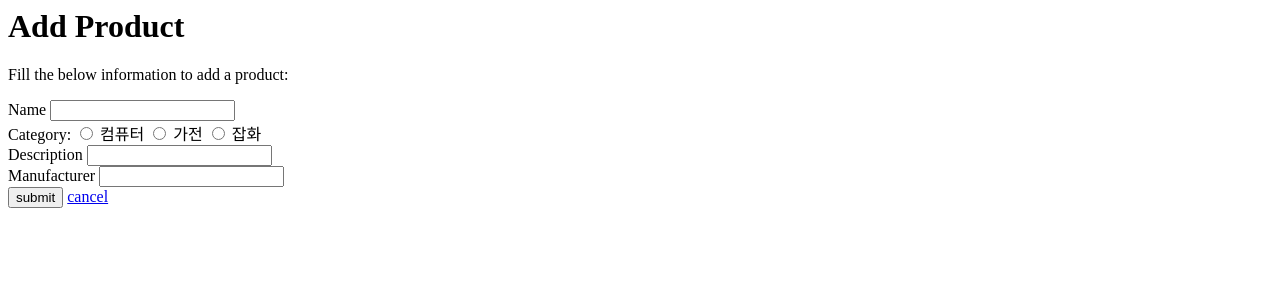
Repository: JHeart/Spring
Page: http://localhost/eStore/WEB-INF/views/addProduct.jsp
An editor plug-in stored every save of this project. The page is shown before and after the next save, followed by the edit.
The browser window is 1280 px wide. The pictures show the whole page.
The page is served by Tomcat 9. Nobody is signed in. The template is opened directly, without the code that normally fills it, so the values that code supplies are empty.

Above is the page before, as saved 2018-03-24 09:29:01.

After the next save:
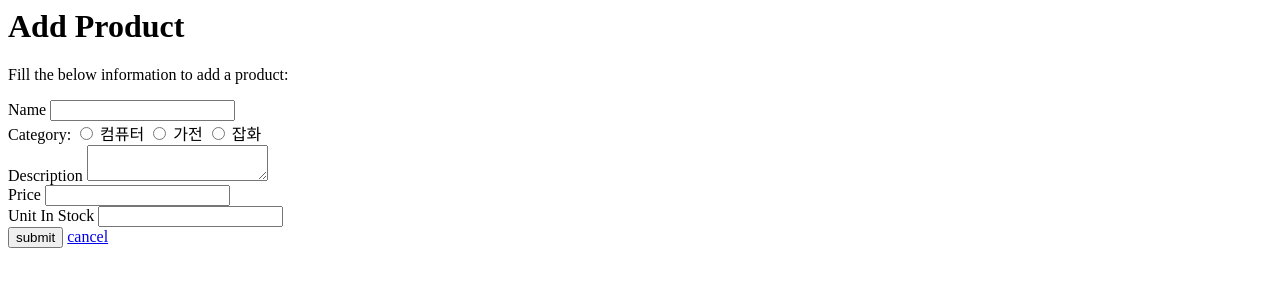
Saved 74 s later.
--- a/workspace/eStore/src/main/webapp/WEB-INF/views/addProduct.jsp
+++ b/workspace/eStore/src/main/webapp/WEB-INF/views/addProduct.jsp
@@ -29,12 +29,17 @@
 
 			<div class="form-group">
 				<label for="description">Description</label>
-				<sf:input path="manufacturer" id="manufacturer" class="form-control" />
+				<sf:textarea path="description" id="description" class="form-control" />
 			</div>
 
 			<div class="form-group">
-				<label for="manufacturer">Manufacturer</label>
-				<sf:input path="manufacturer" id="manufacturer" class="form-control" />
+				<label for="price">Price</label>
+				<sf:input path="price" id="price" class="form-control" />
+			</div>
+
+			<div class="form-group">
+				<label for="unitInStock">Unit In Stock</label>
+				<sf:input path="unitInStock" id="unitInStock" class="form-control" />
 			</div>
 
 			<input type="submit" value="submit" class="btn btn-default">
